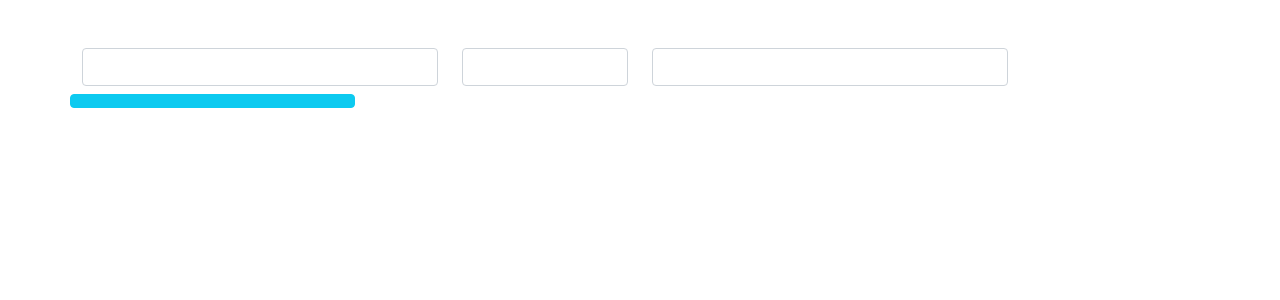
Repository: Ahmedalid/testing
Page: test.html
These files come from the project's save history. The page is drawn as it stood at one moment and after the next save; the edit follows.
The browser window is 1280 px wide. The pictures show the whole page.

Above is the page before, as saved 2023-06-24 17:51:02.

After the next save:
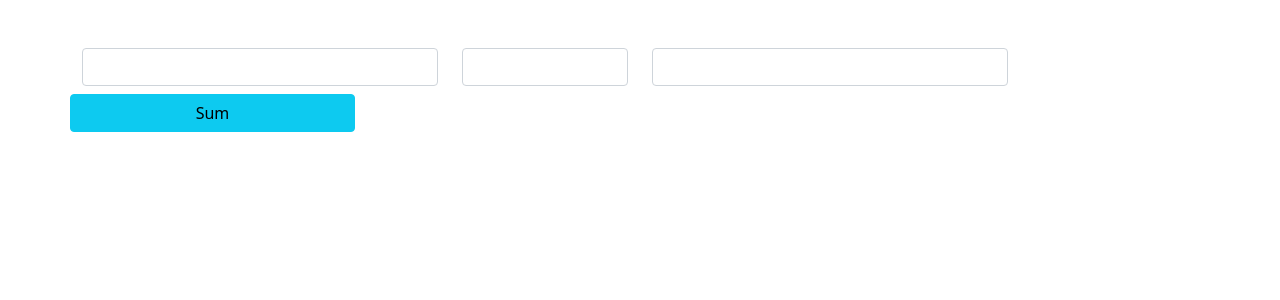
Saved 8 s later.
--- a/test.html
+++ b/test.html
@@ -45,7 +45,7 @@
             <input type="number" class="form-control" id="number2" name="" >
             <!-- <button class="btn btn-info my-2 w-25" onclick="sayhello()">hell</button> -->
         </div>
-        <button class="btn btn-info my-2 w-25" onclick="sum()"></button>
+        <button class="btn btn-info my-2 w-25" onclick="sum()">Sum</button>
         <div id="print" class="text-center"></div>
     </div>
   </div>
